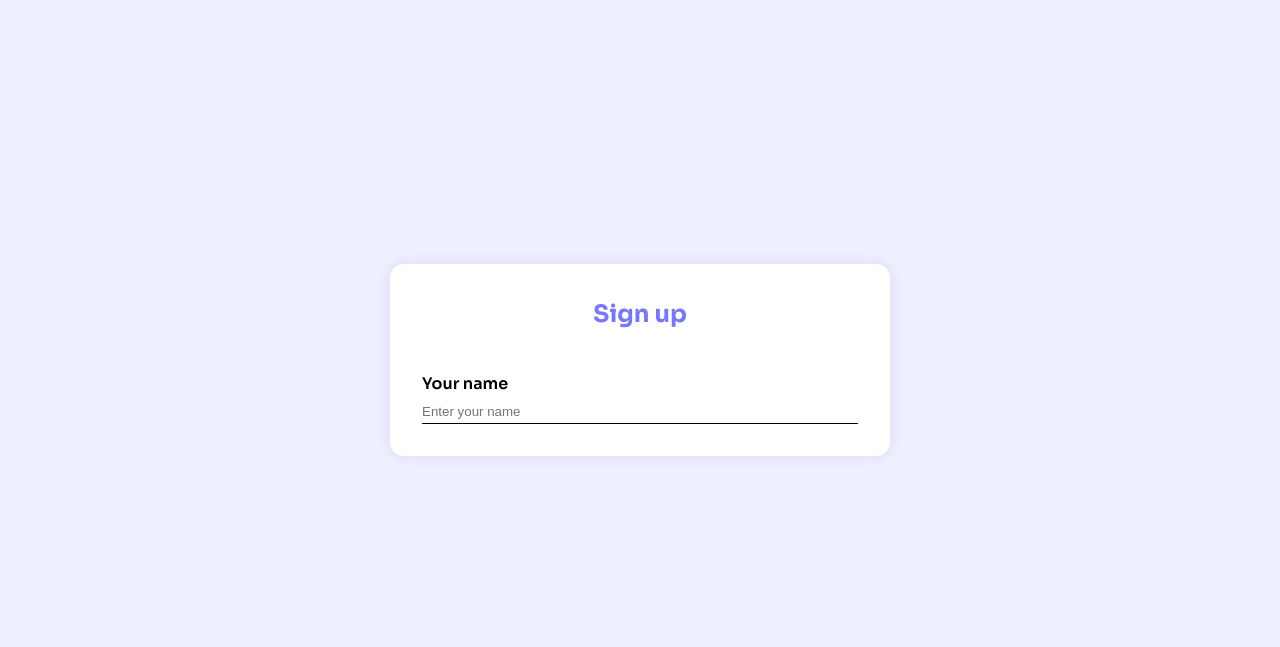
Repository: CarsonDev1/Formik
Page: /
An editor plug-in stored every save of this project. The page is shown before and after the next save, followed by the edit.
The browser window is 1280 px wide. The pictures show the whole page.
The project was rebuilt for these pictures with package versions that can differ from the ones it lists, and the page was loaded fresh each time.

Above is the page before, as saved 2022-08-28 09:30:21.

After the next save:
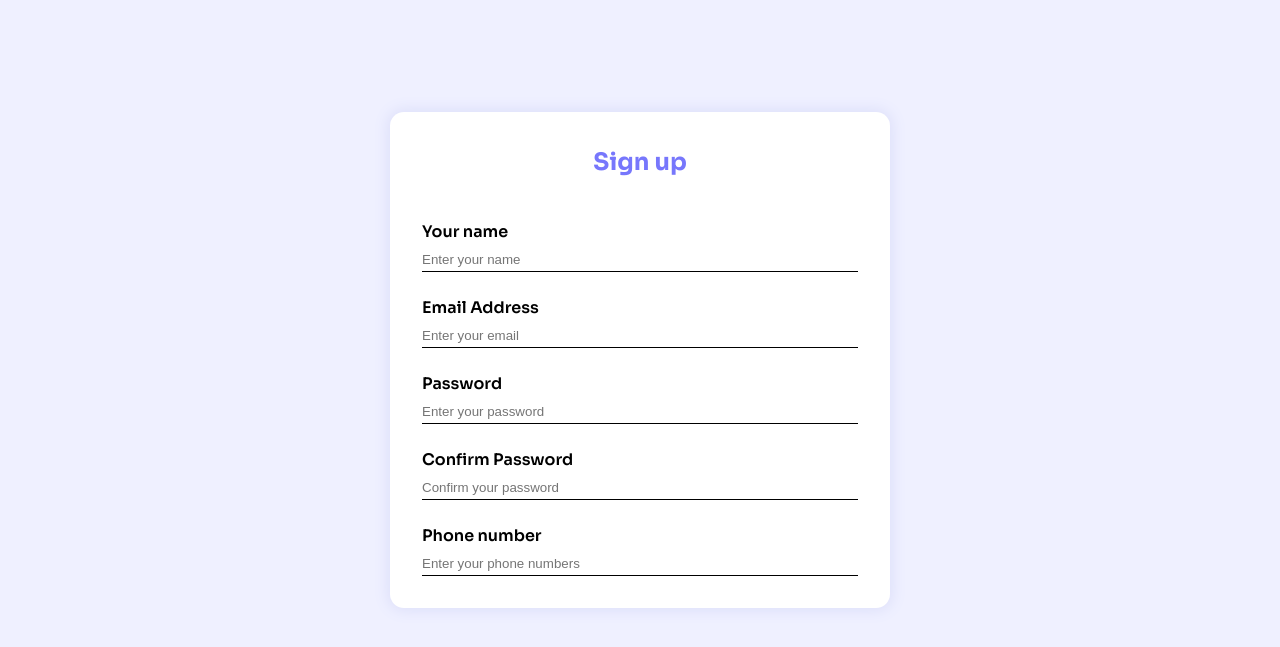
Saved 3 min 58 s later.
--- a/src/Components/SignupForm.jsx
+++ b/src/Components/SignupForm.jsx
@@ -16,6 +16,34 @@ const SignupForm = () => {
 					name="name"
 					placeholder="Enter your name"
 				/>
+				<label> Email Address </label>
+				<input
+					type="email"
+					id="email"
+					name="email"
+					placeholder="Enter your email"
+				/>
+				<label> Password </label>
+				<input
+					type="password"
+					id="password"
+					name="password"
+					placeholder="Enter your password"
+				/>
+				<label> Confirm Password </label>
+				<input
+					type="password"
+					id="confirmedpassword"
+					name="confirmedpassword"
+					placeholder="Confirm your password"
+				/>
+				<label> Phone number </label>
+				<input
+					type="text"
+					id="phone"
+					name="phone"
+					placeholder="Enter your phone numbers"
+				/>
 			</form>
 		</section>
 	);
